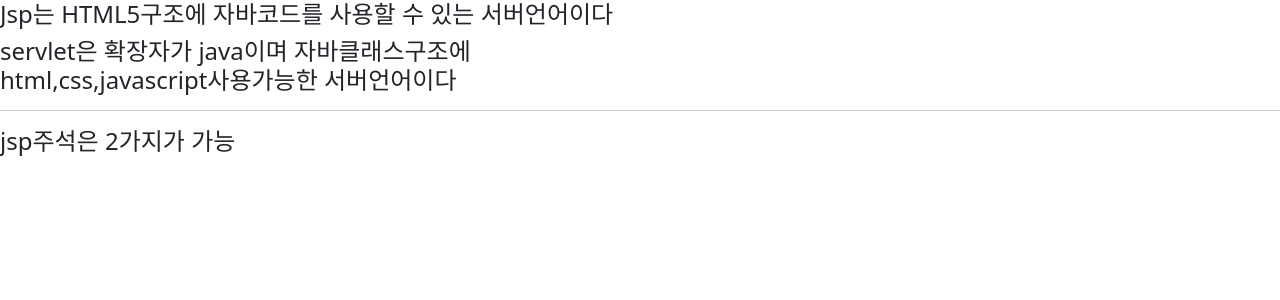
Repository: GANADAG/jspProject
Page: http://localhost/JspProject/day0228/jspStart_01.jsp
The author's editor kept a copy of each file at every save. The page is drawn from the files as they stood at one save, then again after the next save.
The browser window is 1280 px wide. The pictures show the whole page.
Some web fonts or font styles are not loaded; a fallback is used. The page is served by Tomcat 9. Other server files are loaded and not shown.

Above is the page before, as saved 2024-02-28 01:06:10.

### JspProject/src/main/webapp/day0228/jspStart_01.jsp
<%@ page language="java" contentType="text/html; charset=UTF-8"
    pageEncoding="UTF-8"%>
<!DOCTYPE html>
<html>
<head>
<meta charset="UTF-8">
<link href="https://cdn.jsdelivr.net/npm/bootstrap@5.3.2/dist/css/bootstrap.min.css" rel="stylesheet">
<link href="https://fonts.googleapis.com/css2?family=Diphylleia&family=Dongle&family=Noto+Sans+KR:wght@100..900&family=Orbit&family=Stylish&display=swap" rel="stylesheet">
<script src="https://code.jquery.com/jquery-3.7.0.js"></script>

<title>Insert title here</title>
</head>
<body>
	<h4>Jsp는 HTML5구조에 자바코드를 사용할 수 있는 서버언어이다</h4>
	<h4>servlet은 확장자가 java이며 자바클래스구조에<br>html,css,javascript사용가능한 서버언어이다</h4>
	<hr>
	<h4>jsp주석은 2가지가 가능</h4>
	<!-- 주석1:html기본주석:소스보기에서 보인다 -->
	<%--jsp주석:소스보기에서 안보인다 --%>
</body>
</html>

After the next save:
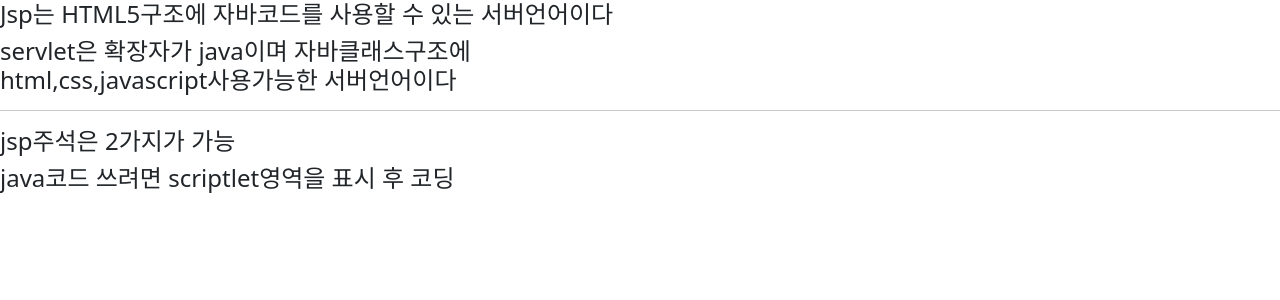
Saved 109 s later.
--- a/JspProject/src/main/webapp/day0228/jspStart_01.jsp
+++ b/JspProject/src/main/webapp/day0228/jspStart_01.jsp
@@ -17,5 +17,10 @@
 	<h4>jsp주석은 2가지가 가능</h4>
 	<!-- 주석1:html기본주석:소스보기에서 보인다 -->
 	<%--jsp주석:소스보기에서 안보인다 --%>
+
+	<%//선언문
+	//이곳은 선언한 변수나 메서드는 클래스의 멤버변수나 메서드로 등록된다%>
+
+	<h4>java코드 쓰려면 scriptlet영역을 표시 후 코딩</h4>
 </body>
 </html>
